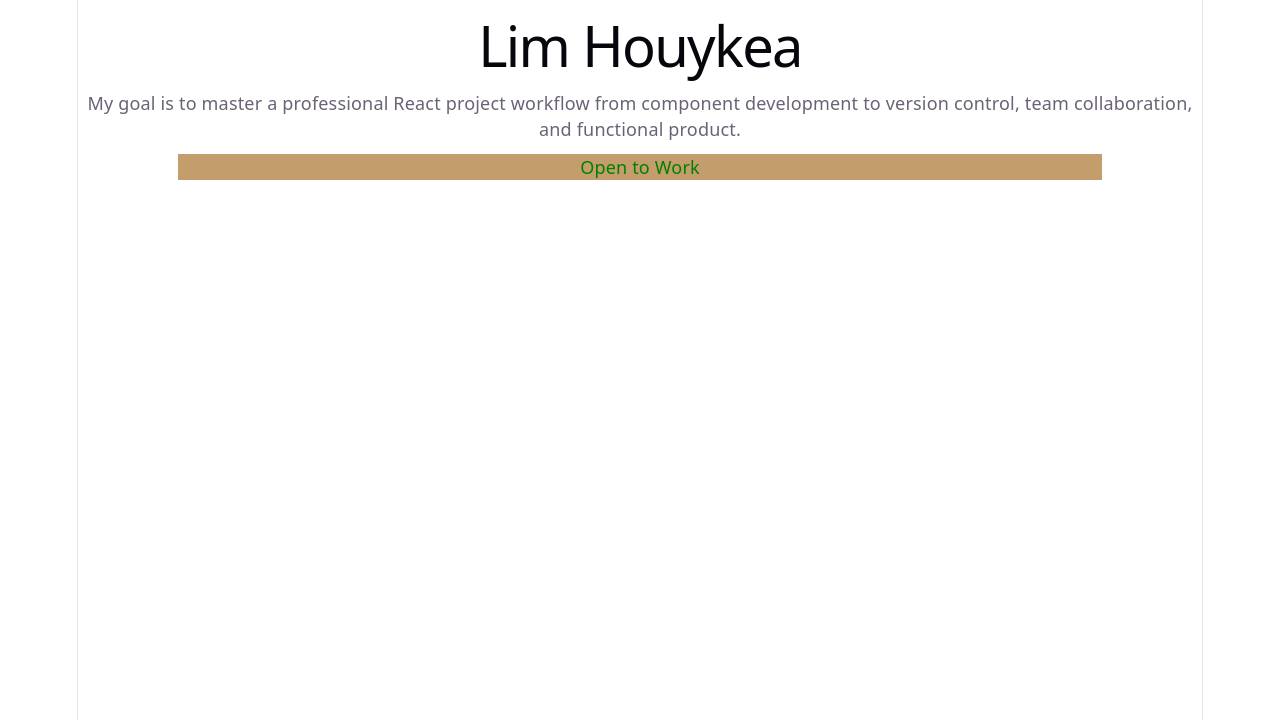
Repository: Houykea/jia-portfolio
Page: /
These files come from the project's save history. The page is drawn as it stood at one moment and after the next save; the edit follows.
The browser window is 1280 px wide. The pictures show the whole page.
The project was rebuilt for these pictures with package versions that can differ from the ones it lists, and the page was loaded fresh each time. Also part of the build but not shown: vite.config.js, src/components/Headings.jsx.

Above is the page before, as saved 2026-09-11 16:50:05.

After the next save:
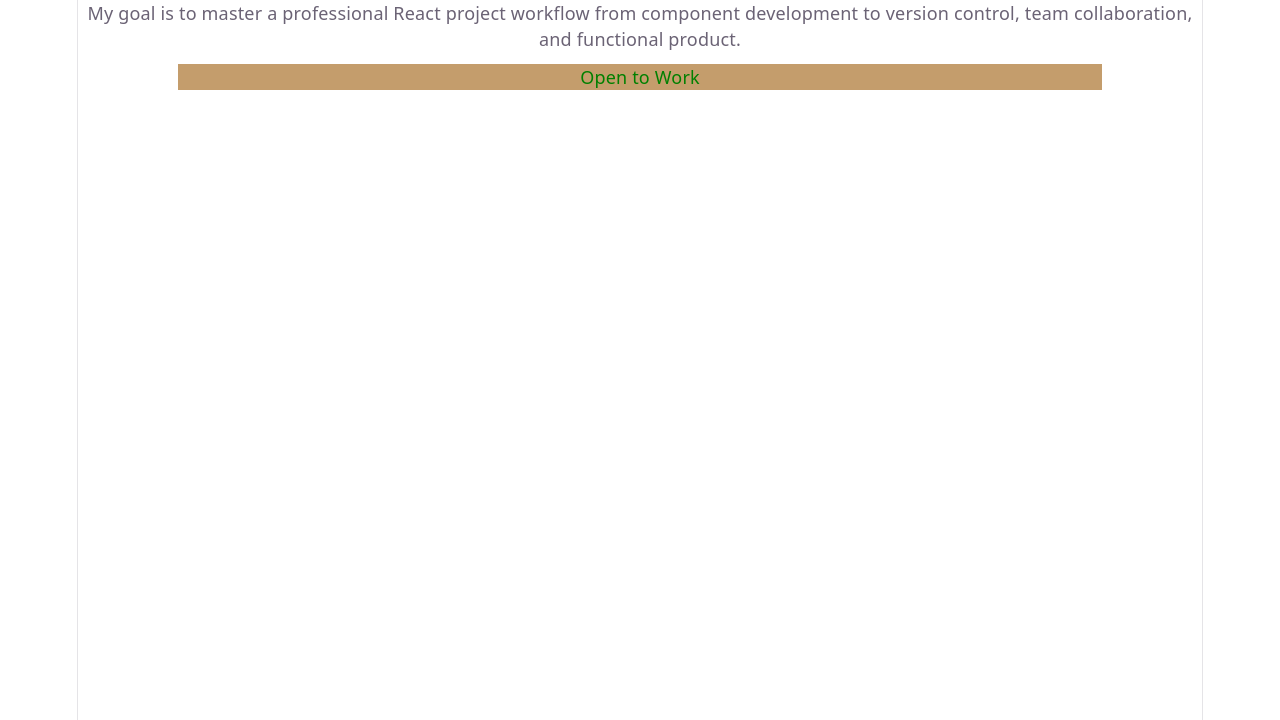
Saved 73 s later.
--- a/src/App.jsx
+++ b/src/App.jsx
@@ -6,7 +6,7 @@ import SectionHeading from "./components/Headings";
 function App() {
   return (
     <>
-      <h1>Lim Houykea</h1>
+
       <p>My goal is to master a professional React project workflow from component development to version control, team collaboration, and functional product.</p>
       <StatusBadge isOpenToWork={true}/>
     </>
